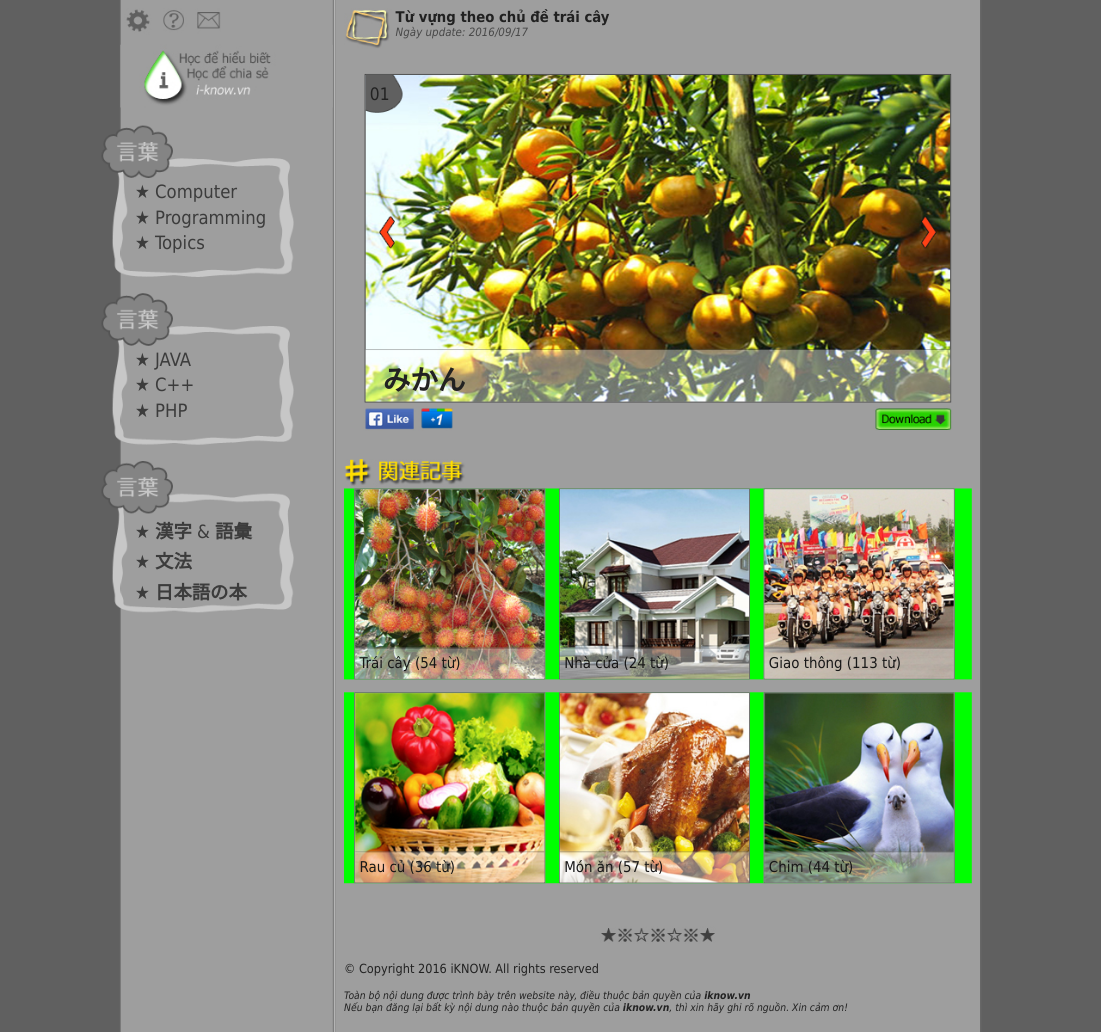
Repository: ruanonglam/_workspace
Page: Web Design/iknow.vn/WebContent/cotoba-view.html
These files come from the project's save history. The page is drawn as it stood at one moment and after the next save; the edit follows.
The browser window is 1280 px wide. The pictures show the whole page, at 86% of full size.

Above is the page before, as saved 2016-09-18 07:21:51.

After the next save:
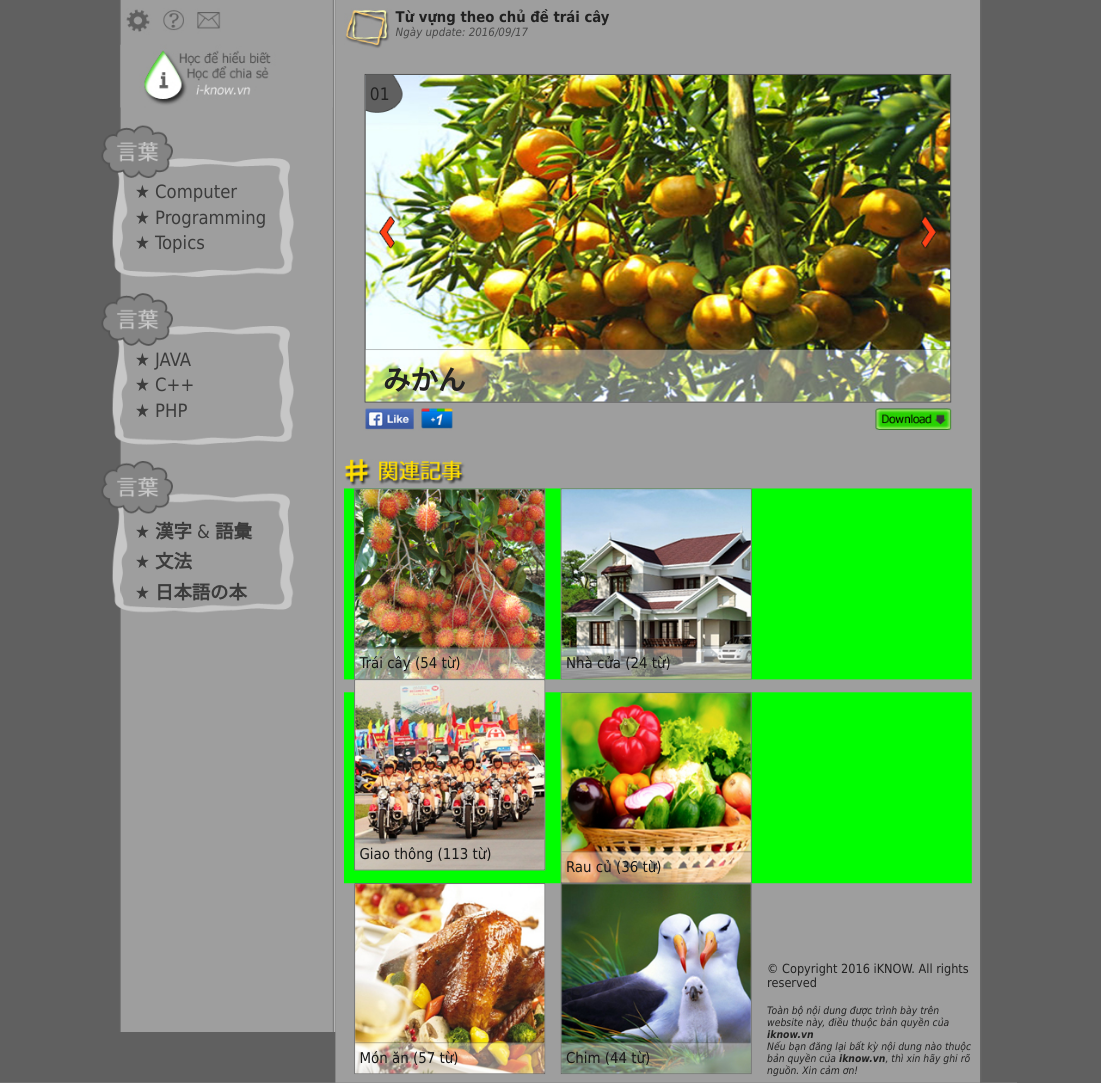
Saved 89 s later.
--- a/Web Design/iknow.vn/WebContent/_css/main.css
+++ b/Web Design/iknow.vn/WebContent/_css/main.css
@@ -221,7 +221,7 @@
 	float: left;
 	width: 220px;
 	height: 220px;
-	margin-right: 16px;
+	margin-right: 18px;
 	border: 1px solid #5F5F5F;
 	background: #C7C7C7;
 }

After the save that followed:
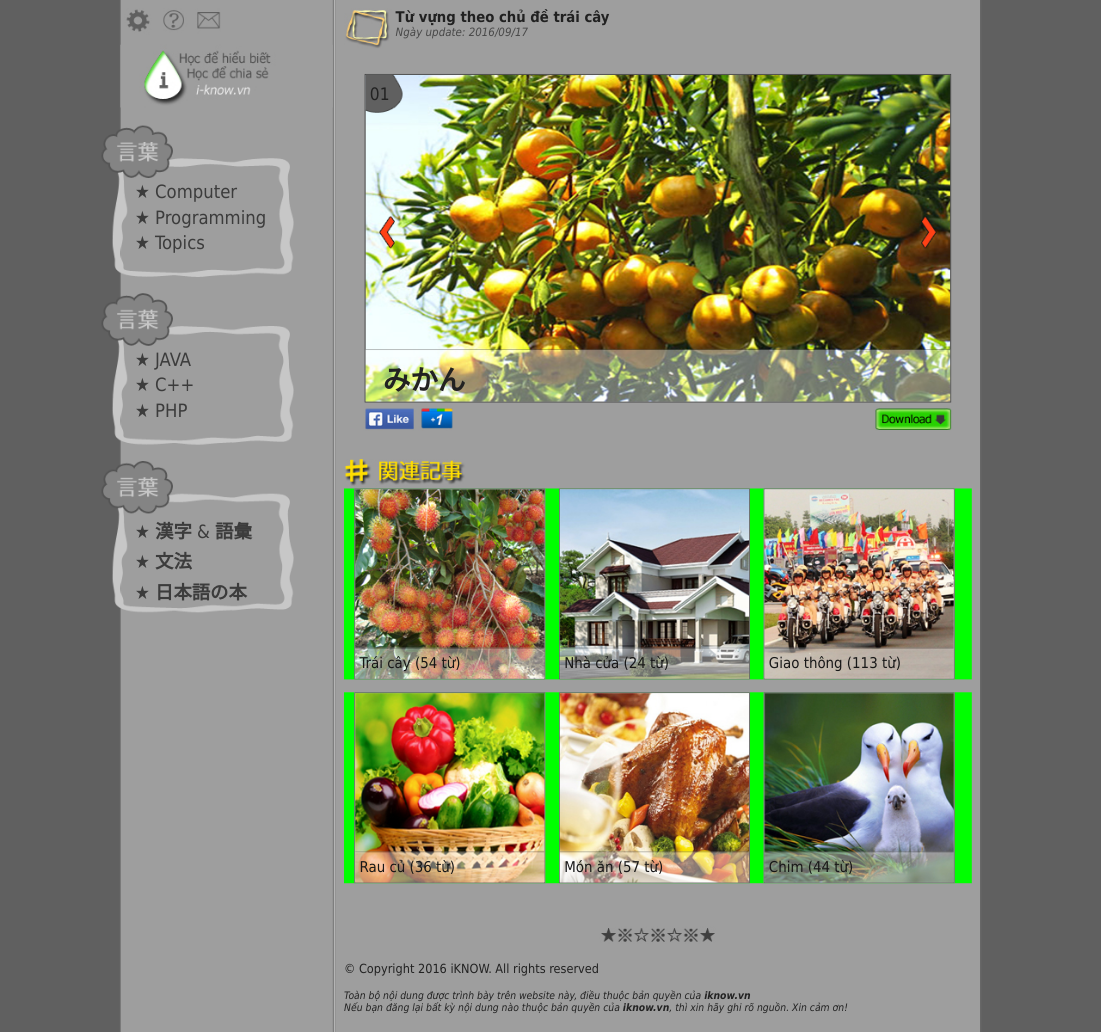
Saved 10 s later.
--- a/Web Design/iknow.vn/WebContent/_css/main.css
+++ b/Web Design/iknow.vn/WebContent/_css/main.css
@@ -221,7 +221,7 @@
 	float: left;
 	width: 220px;
 	height: 220px;
-	margin-right: 18px;
+	margin-right: 16px;
 	border: 1px solid #5F5F5F;
 	background: #C7C7C7;
 }
